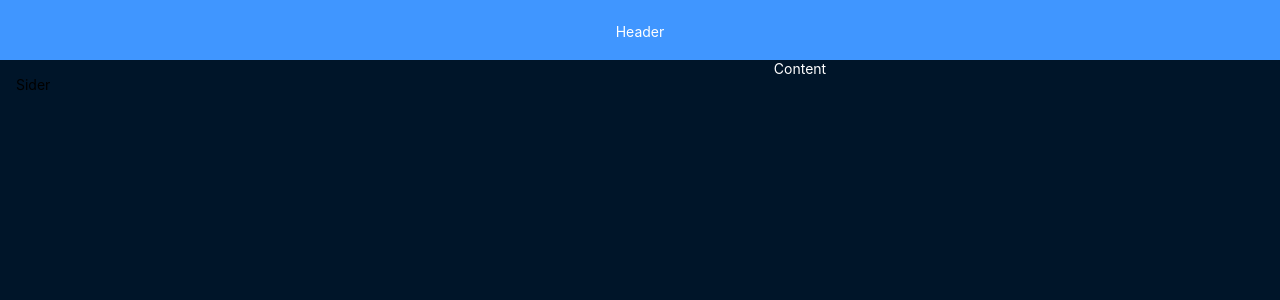
Repository: Vadia23/React-Crypto-App
Page: /
The author's editor kept a copy of each file at every save. The page is drawn from the files as they stood at one save, then again after the next save.
The browser window is 1280 px wide. The pictures show the whole page.
The project was rebuilt for these pictures with package versions that can differ from the ones it lists, and the page was loaded fresh each time. Also part of the build but not shown: vite.config.js.

Above is the page before, as saved 2024-02-08 17:51:52.

### src/App.jsx
import { Layout } from "antd";
import AppHeader from "./components/layout/AppHeader";
import AppSider from "./components/layout/AppSider";
import AppContent from "./components/layout/AppConten";

export default function App() {
  return (
    <Layout>
      <AppHeader />
      <Layout>
        <AppSider />
        <AppContent />
      </Layout>
    </Layout>
  );
}

### src/components/layout/AppHeader.jsx
import { Layout } from "antd";

const headerStyle = {
  textAlign: "center",
  color: "#fff",
  height: 60,
  paddingInline: 48,
  lineHeight: "64px",
  backgroundColor: "#4096ff",
};

export default function AppHeader() {
  return <Layout.Header style={headerStyle}>Header</Layout.Header>;
}

### src/components/layout/AppSider.jsx
import { Layout } from "antd";

const siderStyle = {
  padding: "1rem",
};

export default function AppSider() {
  return (
    <Layout.Sider width="25%" style={siderStyle}>
      Sider
    </Layout.Sider>
  );
}

### src/components/layout/AppConten.jsx
import { Layout } from "antd";

const contentStyle = {
  textAlign: "center",
  minHeight: "calc(100vh - 60px)",
  color: "#fff",
  backgroundColor: "#001529",
};

export default function AppContent() {
  return <Layout.Content style={contentStyle}>Content</Layout.Content>;
}

Loaded but not shown: index.html (common file); src/main.jsx (common file); src/index.css (common file)

After the next save:
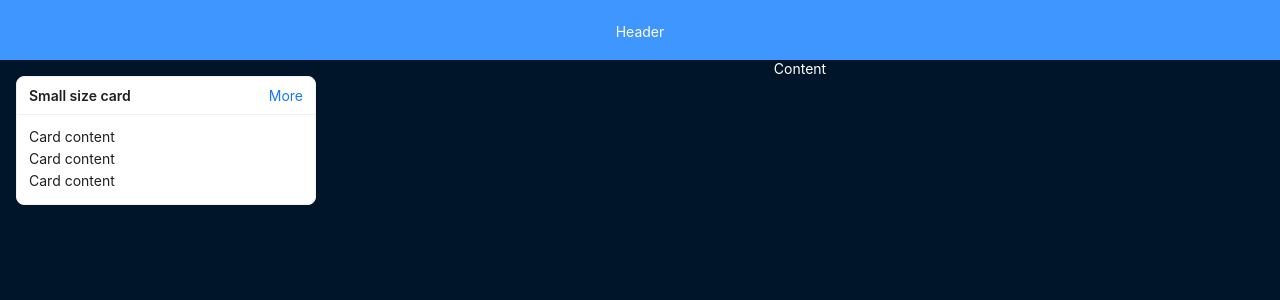
Saved 99 s later.
--- a/src/components/layout/AppSider.jsx
+++ b/src/components/layout/AppSider.jsx
@@ -1,4 +1,4 @@
-import { Layout } from "antd";
+import { Card, Layout } from "antd";
 
 const siderStyle = {
   padding: "1rem",
@@ -7,7 +7,16 @@
 export default function AppSider() {
   return (
     <Layout.Sider width="25%" style={siderStyle}>
-      Sider
+      <Card
+        size="small"
+        title="Small size card"
+        extra={<a href="#">More</a>}
+        style={{ width: 300 }}
+      >
+        <p>Card content</p>
+        <p>Card content</p>
+        <p>Card content</p>
+      </Card>
     </Layout.Sider>
   );
 }
